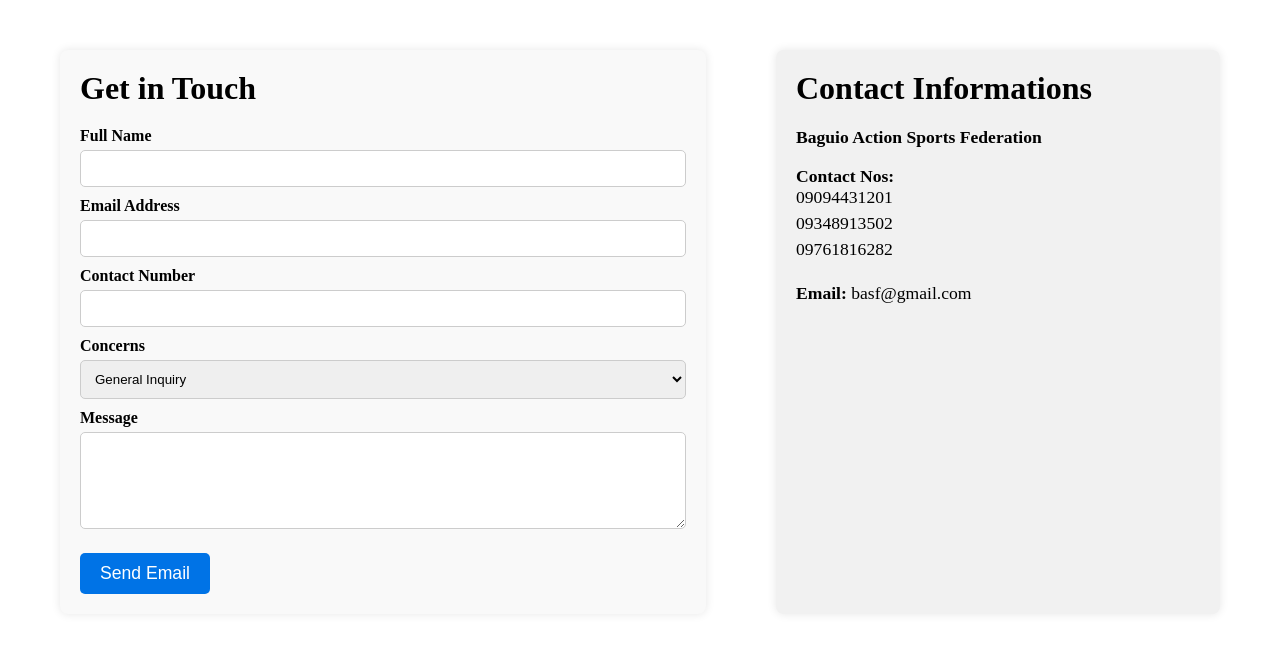
Repository: KharonKade/Capstone
Page: contactUs.html
An editor plug-in stored every save of this project. The page is shown before and after the next save, followed by the edit.
The browser window is 1280 px wide. The pictures show the part of the page from y = 300 to 964 px (the page is 1532 px tall before and 1561 px after).
A picture or video elsewhere on the page could not be fetched, so the positions and the page height are approximate.

Above is the page before, as saved 2025-02-28 08:54:41.
Console error: ReferenceError: Cannot access 'clearButton' before initialization

After the next save:
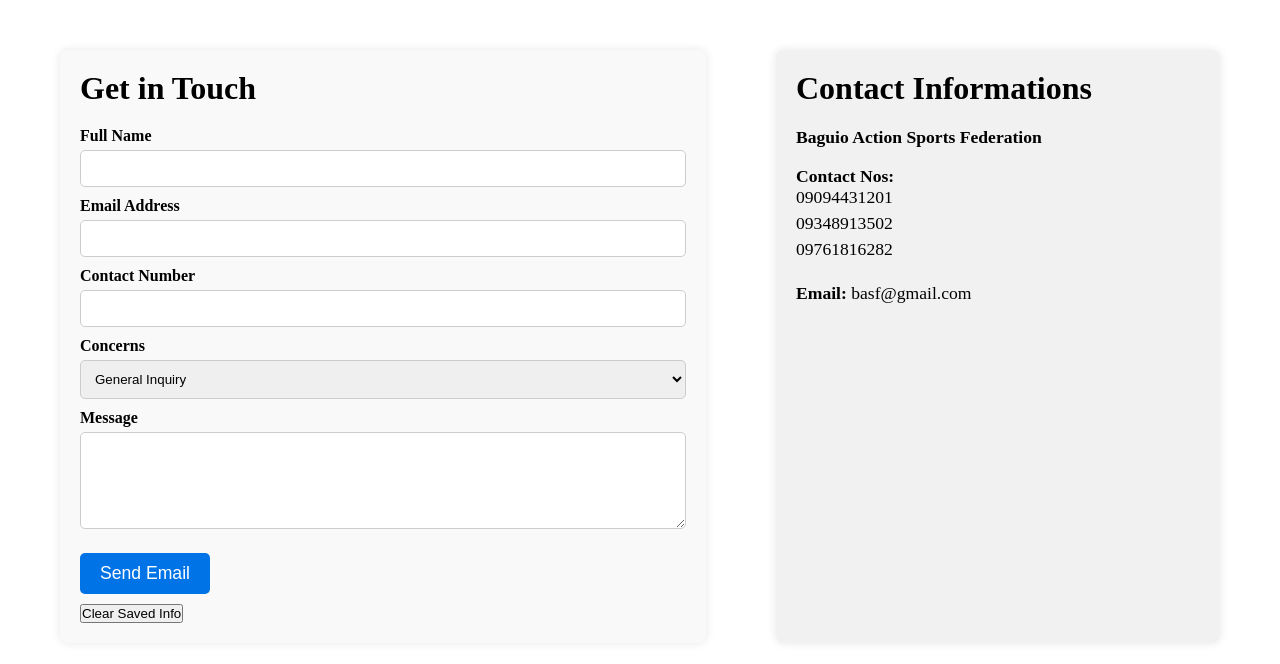
The error is gone.
Saved 23 s later.
--- a/contactUs.html
+++ b/contactUs.html
@@ -135,7 +135,6 @@
     <script>
         document.addEventListener("DOMContentLoaded", function () {
             // Select form elements
-            clearButton.classList.add("clear-button");
             const fullNameField = document.getElementById("fullName");
             const emailField = document.getElementById("email");
             const contactNumberField = document.getElementById("contactNumber");
